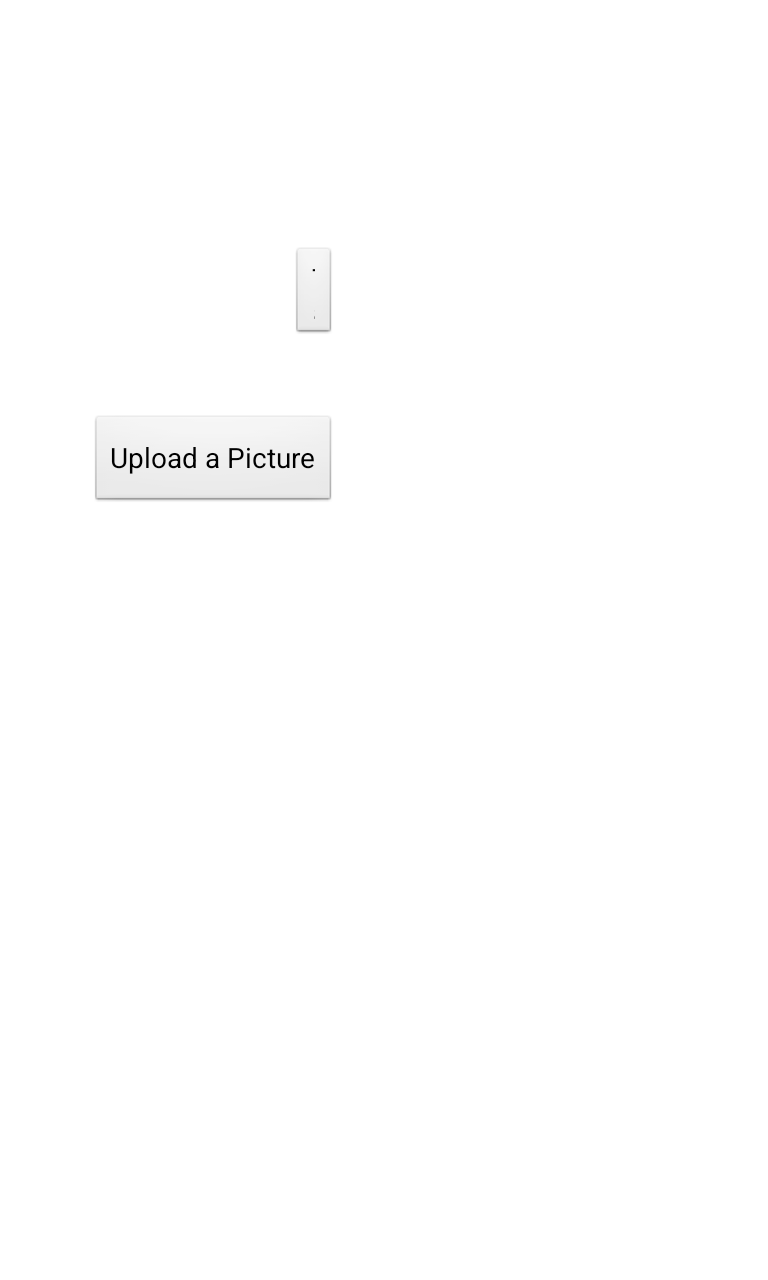
Repository: Hawaiii/filterapp
Layout: android/Filter/res/layout/activity_main.xml
An editor plug-in stored every save of this project. The layout is shown before and after the next save, followed by the edit.
It is drawn on a 768 x 1280 px phone screen (xhdpi) without system bars, with theme AppTheme; the app's code is not run.

Above is the layout before, as saved 2015-01-31 20:13:32.

### android/Filter/res/layout/activity_main.xml
<RelativeLayout xmlns:android="http://schemas.android.com/apk/res/android"
    xmlns:tools="http://schemas.android.com/tools"
    android:layout_width="match_parent"
    android:layout_height="match_parent"
    android:paddingBottom="@dimen/activity_vertical_margin"
    android:paddingLeft="@dimen/activity_horizontal_margin"
    android:paddingRight="@dimen/activity_horizontal_margin"
    android:paddingTop="@dimen/activity_vertical_margin"
    tools:context=".MainActivity" >

    <Button
        android:id="@+id/upload"
        android:layout_width="wrap_content"
        android:layout_height="wrap_content"
        android:layout_alignRight="@+id/camera"
        android:layout_below="@+id/camera"
        android:layout_marginTop="36dp"
        android:text="Upload a Picture" />

    <TextView
        android:id="@+id/textView1"
        android:layout_width="wrap_content"
        android:layout_height="wrap_content"
        android:layout_alignParentTop="true"
        android:layout_centerHorizontal="true"
        android:layout_marginTop="20dp"
        android:gravity="center"
        android:width = "10dp"
        android:height = "10p"
        android:text="PeeL"
        android:textSize="30dp" />

    <Button
        android:id="@+id/camera"
        android:layout_width="wrap_content"
        android:layout_height="wrap_content"
        android:layout_alignRight="@+id/textView1"
        android:layout_below="@+id/textView1"
        android:layout_marginRight="28dp"
        android:layout_marginTop="87dp"
        android:height="10dp"
        android:text="Take a Picture"
        android:width="10dp" />

</RelativeLayout>

### android/Filter/res/values/colors.xml
<?xml version="1.0" encoding="utf-8"?>
<resources>
    <color name="light_brown">#B9B9B7</color>
    <color name="light_grey">#E9E9E9</color>
    <color name="grey">#7D838C</color>
    <color name="light_green">#AFEED3</color>
    <color name="white">#FFFFFF</color>
    <color name="pinky_pink">#FCE2DC</color>
    <color name="legit_gray">#E7E6E9</color>
    <color name="red">#e74c3c</color>
</resources>

Loaded but not shown: android/Filter/res/values-v11/styles.xml (common file); android/Filter/res/values-v14/styles.xml (common file); android/Filter/res/values/styles.xml (common file); android/Filter/res/values/dimens.xml (common file)

After the next save:
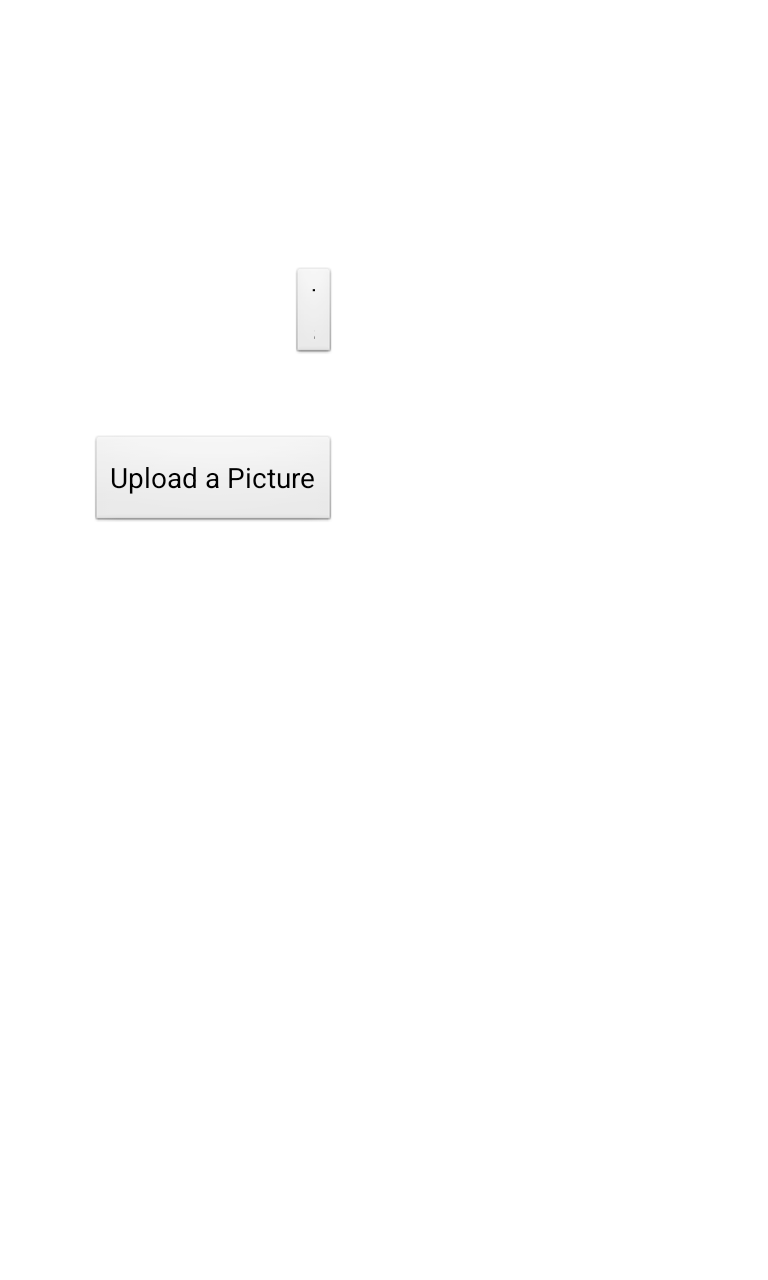
Saved 1 s later.
--- a/android/Filter/res/layout/activity_main.xml
+++ b/android/Filter/res/layout/activity_main.xml
@@ -26,7 +26,7 @@
         android:layout_marginTop="20dp"
         android:gravity="center"
         android:width = "10dp"
-        android:height = "10p"
+        android:height = "10dp"
         android:text="PeeL"
         android:textSize="30dp" />
 
